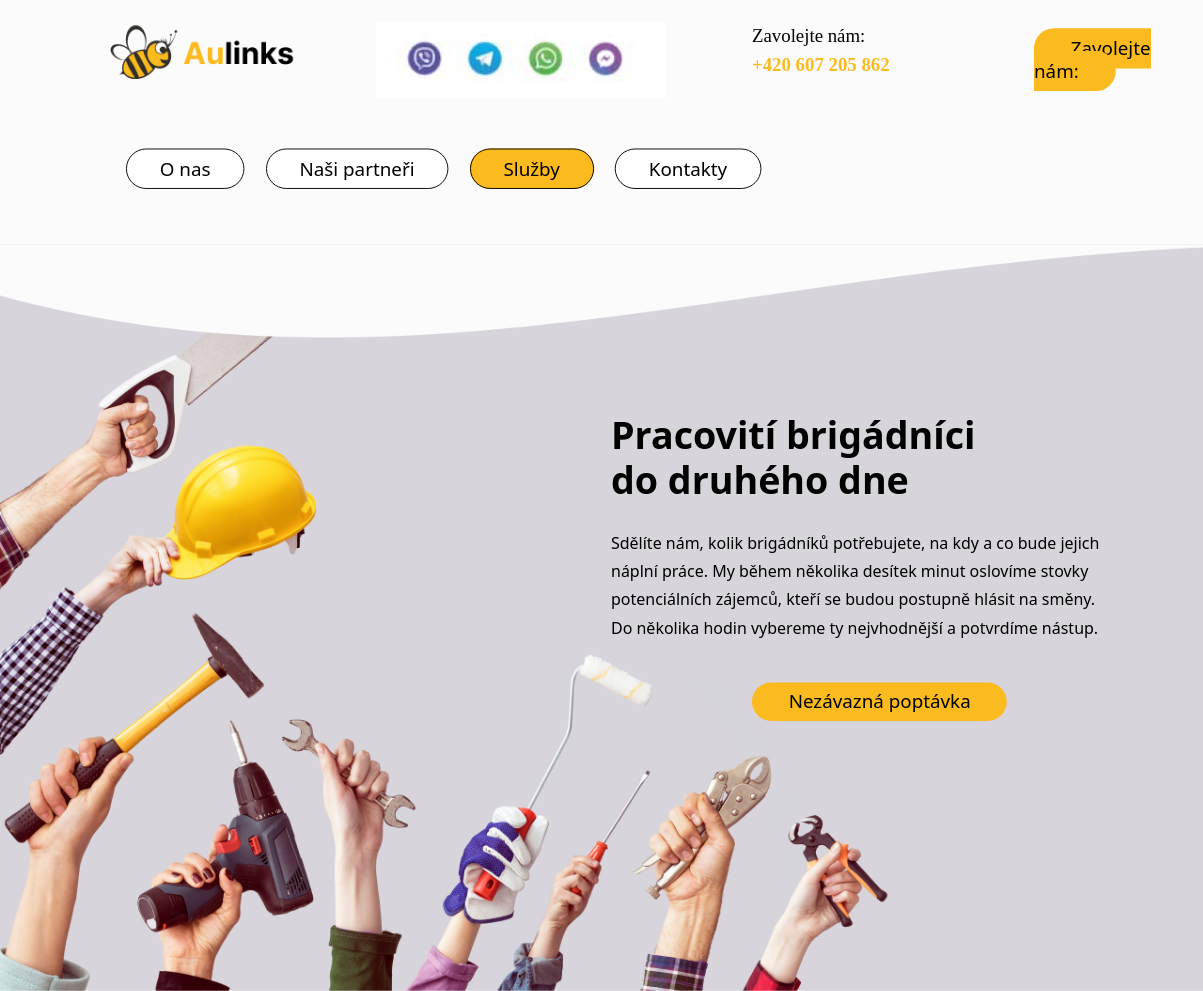
Repository: bilday08/aulinks
Page: index.html
These files come from the project's save history. The page is drawn as it stood at one moment and after the next save; the edit follows.
The browser window is 1280 px wide. The pictures show the whole page, at 94% of full size.
Some web fonts or font styles are not loaded; a fallback is used.

Above is the page before, as saved 2022-12-07 13:43:20.

After the next save:
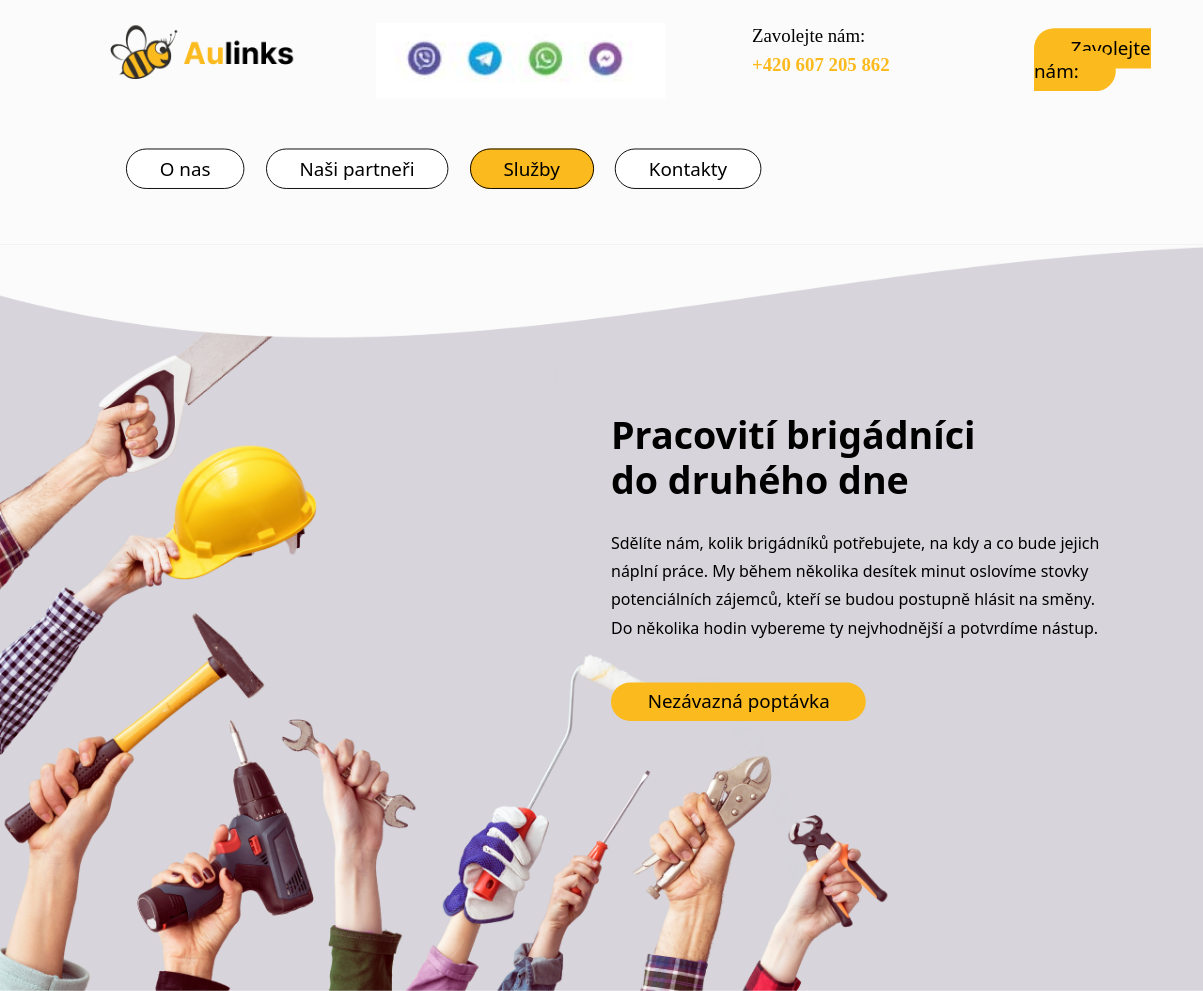
Saved 22 s later.
--- a/style.css
+++ b/style.css
@@ -141,7 +141,7 @@
     font-size: 20px;
     line-height: 24px;
     border-radius: 30px;
-    margin-top: 43px;
-    margin-left: 800px;
+    margin-top: 4.3rem;
+    margin-left: 65rem;
     white-space: nowrap;
 }
